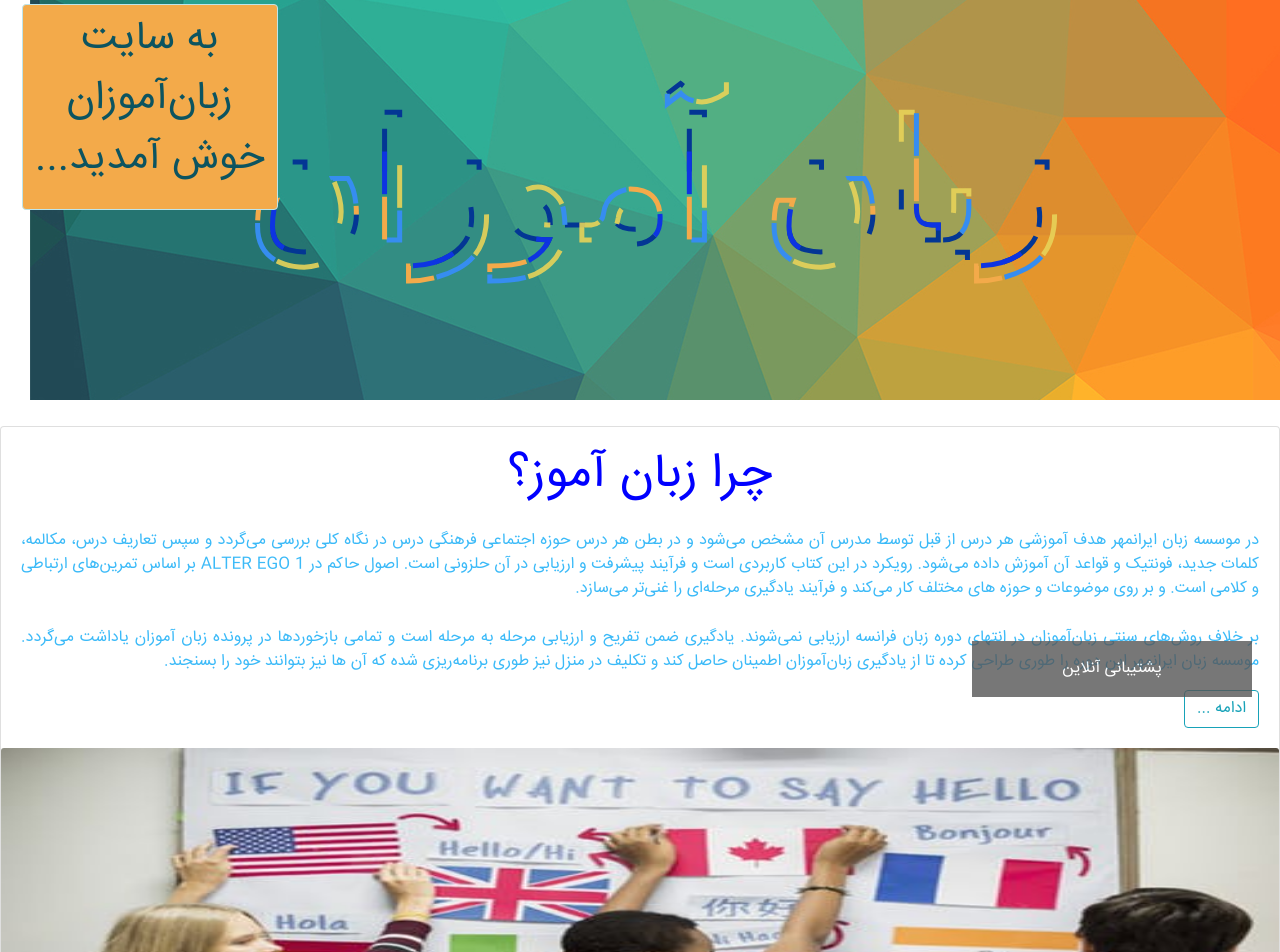
Repository: nikmahla/ZabanAmozan
Page: LanguageWebSite.html
The author's editor kept a copy of each file at every save. The page is drawn from the files as they stood at one save, then again after the next save.
The browser window is 1280 px wide. The pictures show the part of the page from y = 0 to 952 px (the page is 3961 px tall).
A picture or video elsewhere on the page could not be fetched, so the positions and the page height are approximate.

Above is the page before, as saved 2019-10-11 22:36:35.

After the next save:
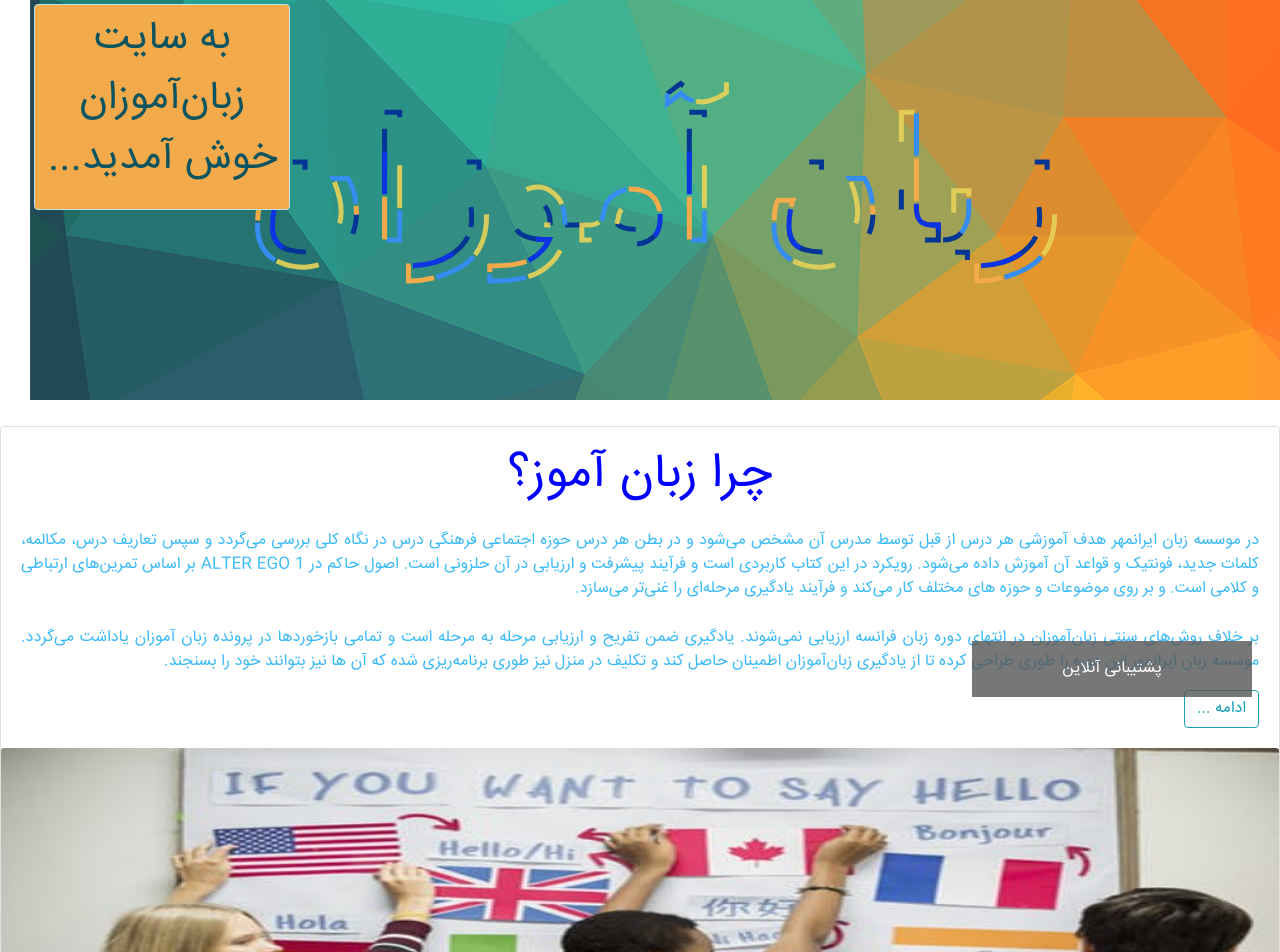
Saved 9 s later.
--- a/LanguageWebSite.html
+++ b/LanguageWebSite.html
@@ -304,7 +304,7 @@
                 $('#alert').slideDown('slow');
 
                 var alert = $('#alert');
-                alert.animate({ right: '78%' }, "2000");
+                alert.animate({ right: '77%' }, "2000");
                 alert.animate({ fontSize: '2.5em'  }, "1000");
             }, 1500);
         })
